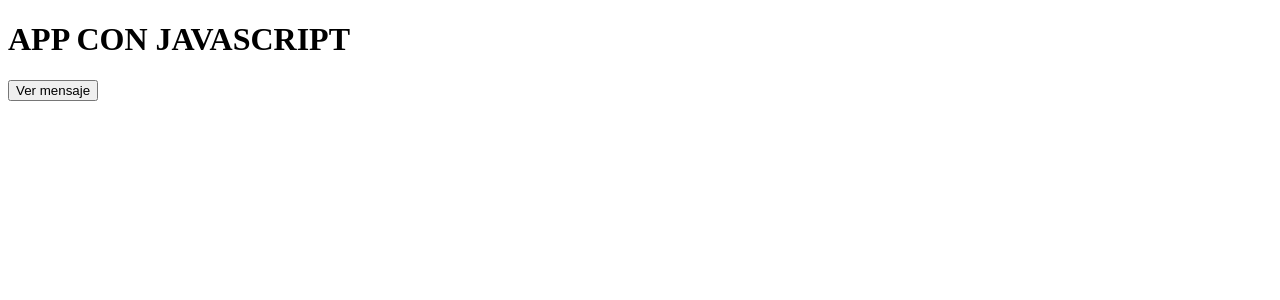
Repository: montsecg/nuclio-javascript-lecture-montse
Page: index.html
An editor plug-in stored every save of this project. The page is shown before and after the next save, followed by the edit.
The browser window is 1280 px wide. The pictures show the whole page.

Above is the page before, as saved 2021-04-15 19:40:16.

### index.html
<!DOCTYPE html>
<html lang="es">
<head> <!--tiene información sobre el documento-->
    <meta charset="UTF-8">
    <meta http-equiv="X-UA-Compatible" content="IE=edge">
    <meta name="viewport" content="width=device-width, initial-scale=1.0">
    <meta name="description" content="The description">
    <link rel="stylesheet" href="./styles.css">
    <script defer src="./index.js"></script><!--carga el documento de JAVASCRIPT-->
    <title>App con javascript</title>
</head>
<body> <!--tiene contenido de la página-->

    <h1 class= "title">APP CON JAVASCRIPT</h1>
    <button>Ver mensaje</button>

<!-- siempre se escribre después de los elementos que se ven alterados por JAVASECRIPT-->


</body>
</html>

### index.js
const button = document.querySelector("button");
/*console.dir(button);
button.innerText = "Hola!";*/


//*cuando se haga clic en el botón, se imprimirá por consola la frase :button clicked*/
/*button.addEventListener("click", () =>{ /*primer parámeto(click)= el nombre del evento que se quiere escuchar con la función addEventListener
    console.log("button clicked")/*segundo parámetro (@functión) = a la acción que se ha de ejecutar cuando ocurra el evento especificado en el primer parámetro
});*/


//*cuando se haga clic en el botón, se cambiará en el botón el texto:Hola*/
/*button.addEventListener("click", () =>{ primer parámeto(click)= el nombre del evento que se quiere escuchar con la función addEventListener
    button.innerText = "Hola";segundo parámetro (String) = la acción que se ha de ejecutar cuando ocurra el evento especificado en el primer parámetro
});*/

//*cuando se haga click en el botón, se mostratá en el botón la suma de las veces que se clika*/

/*let count = 1;
button.addEventListener("click", () =>{ primer parámeto(click)= el nombre del evento que se quiere escuchar con la función addEventListener
    button.innerText = count;segundo parámetro (contador) = /*la acción que se ha de ejecutar cuando ocurra el evento especificado en el primer parámetro
    count += 1;
    if (count >= 11 ) {
        count = 1;
    }
});*/

//*cuando se haga click en el botón, se cambia el style (CSS) del h1*/
const header = document.querySelector("h1");
let count = 1;

button.addEventListener("click", () =>{/* primer parámeto(click)= el nombre del evento que se quiere escuchar con la función addEventListener*/
    button.innerText = count;/*segundo parámetro (contador) = /*la acción que se ha de ejecutar cuando ocurra el evento especificado en el primer parámetro*/
    count += 1;
    if (count >= 5 ) {
        header.style.textTransform = "uppercase";
    }
});

Loaded but not shown: styles.css (no stored copy; drawn as an empty file)

After the next save:
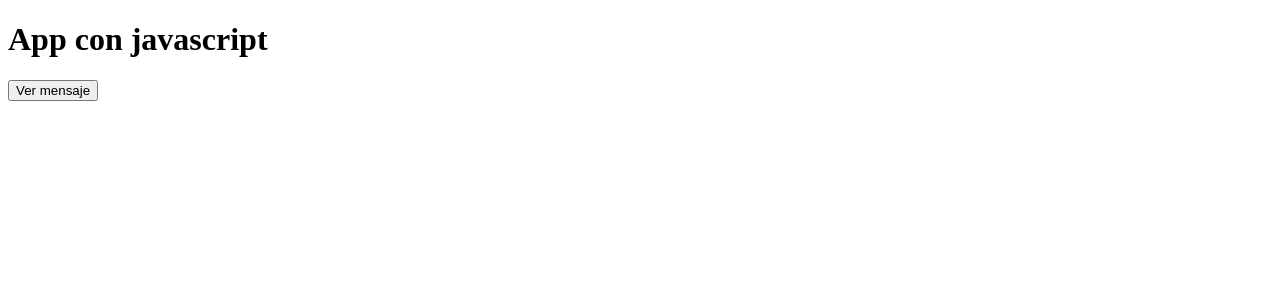
Saved 51 s later.
--- a/index.html
+++ b/index.html
@@ -11,7 +11,7 @@
 </head>
 <body> <!--tiene contenido de la página-->
 
-    <h1 class= "title">APP CON JAVASCRIPT</h1>
+    <h1 class= "title">App con javascript</h1>
     <button>Ver mensaje</button>
 
 <!-- siempre se escribre después de los elementos que se ven alterados por JAVASECRIPT-->
